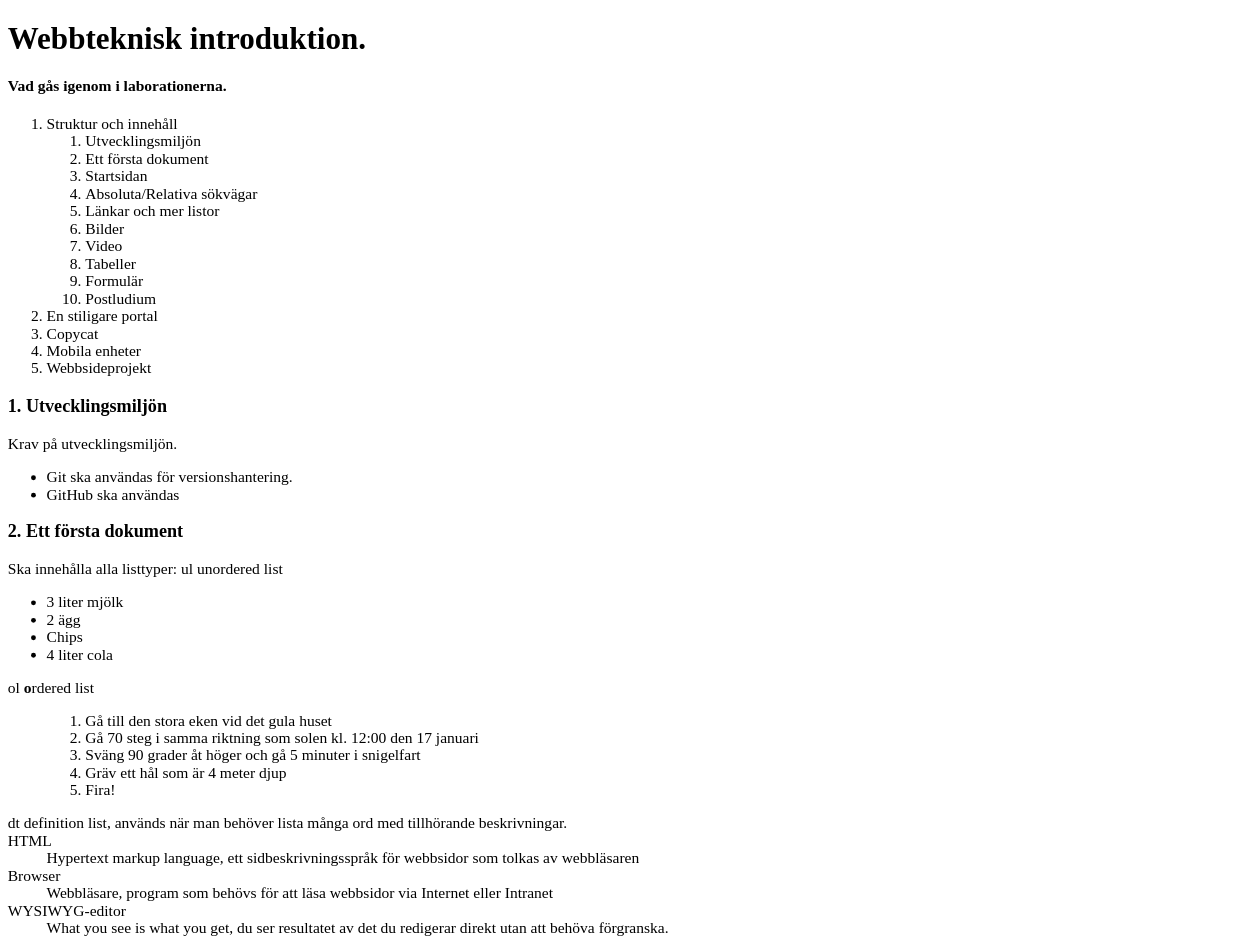
Repository: ulfek/laborationer
Page: pages/presentation.html
The author's editor kept a record of every edit. The page is drawn from the files as they stood at one moment, then again after the next edit.
The browser window is 1280 px wide. The pictures show the whole page, at 97% of full size.

Above is the page before.

After the next edit:
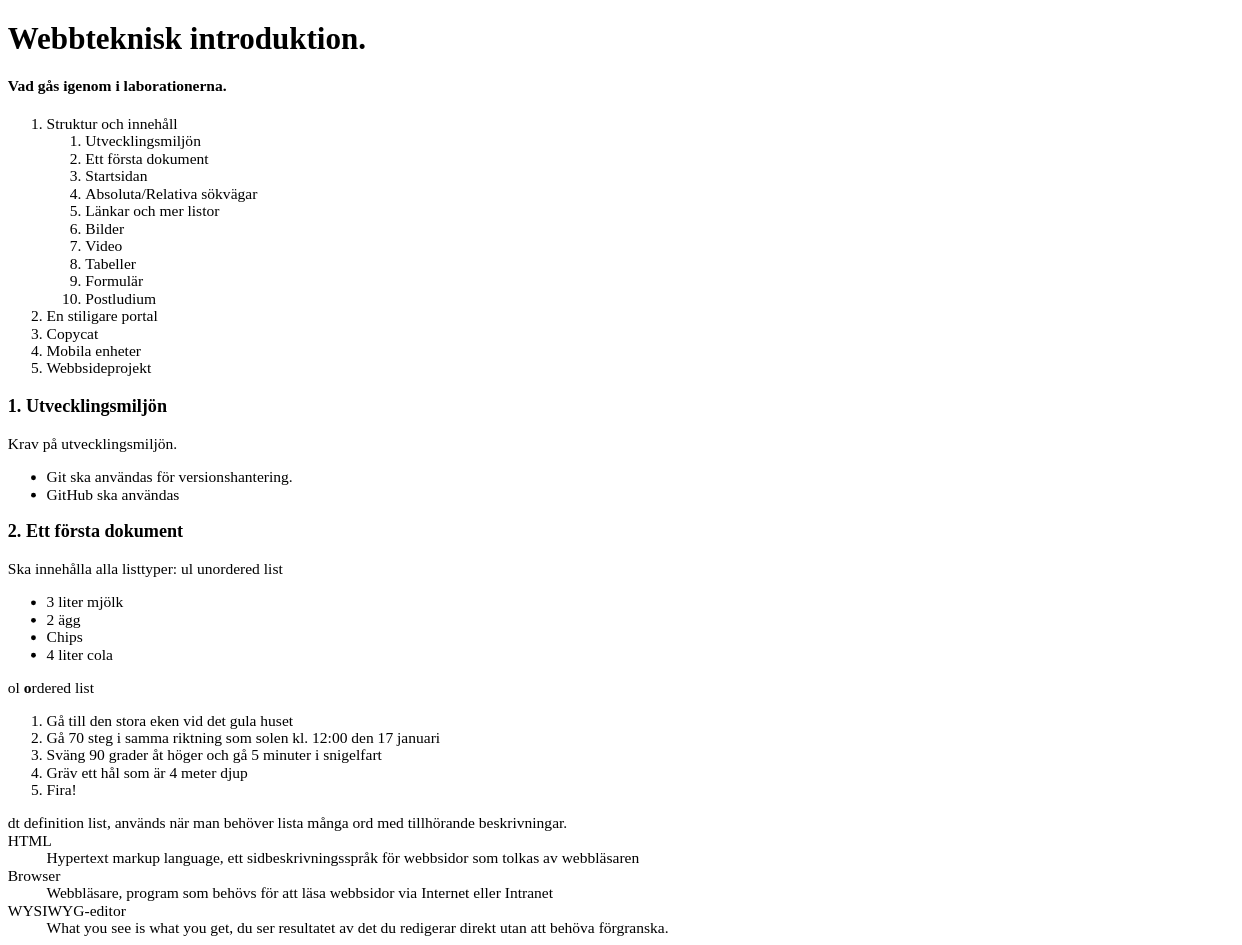
The edit:
--- a/pages/presentation.html
+++ b/pages/presentation.html
@@ -44,9 +44,7 @@
                              <li>Chips</li>
                              <li>4 liter cola</li>
                          </ul>
-                     </dd>
-                <dt>ol <b>o</b>rdered list</dt>
-                     <dd>
+                ol <b>o</b>rdered list
                          <ol>
                              <li>Gå till den stora eken vid det gula huset</li>
                              <li>Gå 70 steg i samma riktning som solen kl. 12:00 den 17 januari</li>
